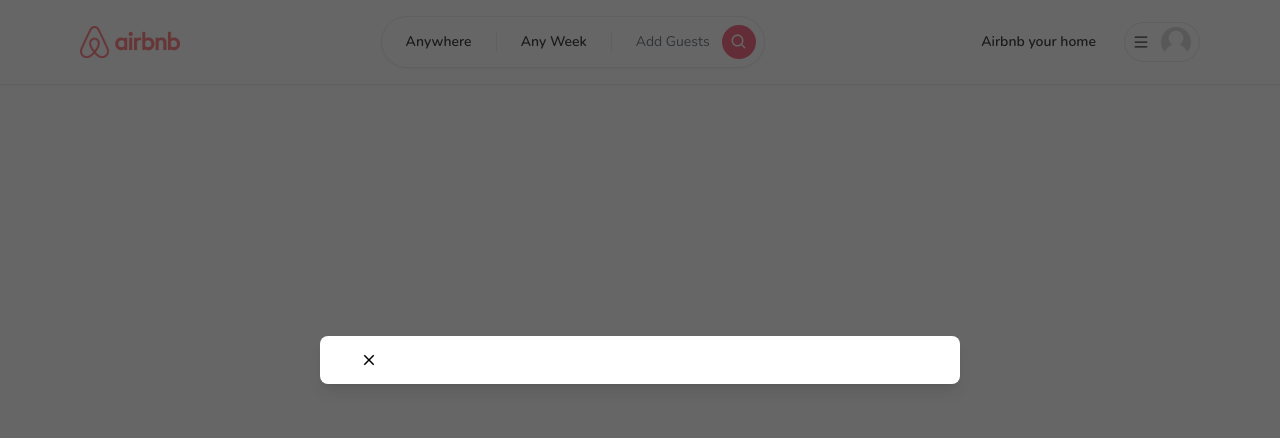
Repository: kriptovekediler/airbnb-clone
Page: /
These files come from the project's save history. The page is drawn as it stood at one moment and after the next save; the edit follows.
The browser window is 1280 px wide. The pictures show the whole page.
The project was rebuilt for these pictures with package versions that can differ from the ones it lists, and the page was loaded fresh each time. The framework's server and built-in components were replaced by stand-ins that run in the browser. Also part of the build but not shown: next.config.js, app/components/Navbar/MenuItem.tsx.

Above is the page before, as saved 2023-07-04 10:38:16.

### app/layout.tsx
import {Nunito} from 'next/font/google'
import './globals.css'
import Navbar from './components/Navbar/Navbar'
import ClientOnly from './components/ClientOnly'
import Modal from './components/modals/Modal'

export const metadata = {
  title: 'Airbnb',
  description: 'AirBnb Clone',
}

const font = Nunito({
  subsets: ['latin']
})

export default function RootLayout({
  children,
}: {
  children: React.ReactNode
}) {
  return (
    <html lang="en">
      <body className={font.className}>
        <ClientOnly>
          <Modal isOpen/>
        <Navbar/>z
        </ClientOnly>
        {children}
        </body>
    </html>
  )
}

### app/page.tsx
export default function Home() {
  return (
    <div className="text-rose-500 text-2xl">Hello AirBnB</div>
  )
}

### app/components/Navbar/Navbar.tsx
import React from 'react'
import Container from '../Container'
import Logo from './Logo'
import Search from './Search'
import UserMenu from './UserMenu'

const Navbar = () => {
  return (
    <div className='fixed w-full bg-white z-10 shadow-sm'>
        <div className='py-4 border-b-[1px]'>
            <Container>
                <div
                className='
                flex
                flex-row
                items-center
                justify-between
                gap-3
                md:gap-0
                '
                >
                    <Logo/>
                    <Search/>
                    <UserMenu/>
                </div>
            </Container>
        </div>
    </div>
  )
}

export default Navbar

### app/components/ClientOnly.tsx
'use client'

import React, { useEffect, useState } from 'react'

interface ClientOnlyProps {
    children: React.ReactNode
}
const ClientOnly: React.FC<ClientOnlyProps> = ({children}) => {

    const [hasMounted, setHasMounted] = useState(false)

    useEffect(() => {
        setHasMounted(true)
    }, [])

    if(!hasMounted) {
        return null
    }

  return (
    <>{children}</>
  )
}

export default ClientOnly

### app/components/modals/Modal.tsx
'use client'

import React, { useCallback, useEffect, useState } from 'react'
import {IoMdClose} from 'react-icons/io'

interface ModalInterfaceProps {
isOpen?: boolean;
disabled?:boolean;
onSubmit: () => void
onClose: () => void
actionLabel:string
secondaryAction?:() => void
title?:string
body?: React.ReactElement
footer?: React.ReactElement
secondaryLabel:string
}

const Modal: React.FC<ModalInterfaceProps> = ({title,isOpen,disabled,onSubmit,onClose,actionLabel,body, footer,secondaryLabel,secondaryAction}) => {

  const [showModal, setShowModal] = useState(isOpen);

  useEffect(() => {
    setShowModal(isOpen)
  }, [isOpen])

  const handleClose = useCallback(() => {
    if(disabled) {
    return
  }
    setShowModal(false)
    setTimeout(() =>{
      onClose()
    },300)
  }, [onClose, disabled])

  const handleSubmit = useCallback(() => {
    if(disabled){
    return}

    onSubmit()
  }, [onSubmit, disabled])

  const handleSecondaryAction = useCallback(() => {
    if(disabled || !secondaryAction) {
      return
    }
    secondaryAction()

  }, [disabled, secondaryAction])

  if(!isOpen) {
    return null
  }
  return (
    <div
    className='
    justify-center
    items-center
    flex
    overflow-x-hidden
    overflow-y-auto
    fixed
    inset-0
    z-50
    outline-none
    focus:outline-none
    bg-neutral-800/70
    '
    >
      <div
      className='
      relative
      w-full
      md:w-4/6
      lg:w-3/6
      xl:w-/5
      my-6
      mx-auto
      h-full
      lg:h-auto
      md:h-auto
      '
      >
        {/* CONTENT */}
        <div
        className={`
        translate
        duration-300
        h-full
        ${showModal? 'translate-y-0' : 'translate-y-full'}
        ${showModal? 'opacity-100' : 'opacity-0'}
        `}
        >
          <div
          className='
          translate
          h-full
          lg:h-auto
          md:h-auto
          border-0
          rounded-lg
          shadow-lg
          relative
          flex
          flex-col
          w-full
          bg-white
          outline-none
          focus:outline-none
          '
          >
            {/* Header */}
            <div
            className='flex
            items-center
            p-6
            rounded-t
            justify-center
            relative
            '
            >
              <button
              onClick={handleClose}
              className='p-1
              border-0
              hover:opacity-70
              transition
              absolute
              left-9
              '
              >
                <IoMdClose size={18}/>
              </button>
              <div
              className='text-lg font-semibold'
              >

              </div>
            </div>
          </div>
        </div>
      </div>
    </div>
  )
}

export default Modal

### app/components/Container.tsx
'use client'

interface ContainerProps {
    children: React.ReactNode;
}

const Container: React.FC<ContainerProps> = ({children}) => {
  return (
    <div
    className="max-w-[2520px] mx-auto xl:px-20 md:px-10 sm: px-2 px-4"
    >{children}</div>
  )
}

export default Container

### app/components/Navbar/Logo.tsx
'use client'

import Image from "next/image"
import {useRouter} from 'next/navigation'

const Logo = () => {
    const router = useRouter()

  return (
    <Image
    alt="Logo"
    className="hidden md:block cursor-pointer"
    height='100'
    width='100'
    src='/images/logo.png'
    />
  )
}

export default Logo

### app/components/Navbar/Search.tsx
'use client'

import {BiSearch} from 'react-icons/bi'

const Search = () => {
  return (
    <div
    className="
    border-[1px]
    w-full
    md:w-auto
    py-2
    rounded-full
    shadow-sm
    hover:shadow-md
    transition
    cursor-pointer
    "
    >
        <div
        className="
        flex
        flex-row
        items-center
        justify-between
        "
        >
            <div
            className="
            text-sm
            font-semibold
            px-6
            "
            >
                Anywhere
            </div>
            <div
            className="
            hidden
            sm:block
            text-sm
            font-semibold
            px-6
            border-x-[1px]
            flex-1
            text-center
            "
            >
              Any Week
            </div>
            <div
            className="
            text-sm
            pl-6
            pr-2
            text-gray-600
            flex
            flex-row
            items-center
            gap-3
            "
            >
              <div className='hidden sm:block'> Add Guests</div>
            <div
            className="
            p-2
            bg-rose-500
            rounded-full
            text-white
            "
            >
              <BiSearch size={18}/>
            </div>
            </div>
        </div>
    </div>
  )
}

export default Search

### app/components/Navbar/UserMenu.tsx
'use client'

import {AiOutlineMenu} from 'react-icons/ai'
import Avatar from '../Avatar'
import { useCallback, useState } from 'react'
import MenuItem from './MenuItem'

const UserMenu = () => {
  const [isOpen, setIsOpen] = useState(false);

  const toggleOpen = useCallback(() => {
    setIsOpen((value) => !value)
  },[])

  return (
    <div className="relative">
      <div className="flex flex-row items-center gap-3">
        <div
        onClick={() => {}}
        className="
        hidden
        md:block
        text-sm
        font-semibold
        py-3
        px-4
        rounded-full
        hover:bg-neutral-100
        transition
        cursor-pointer
        "
        >
          Airbnb your home
        </div>
        <div
        onClick={toggleOpen}
        className="
        p-4
        md:py-1
        md:px-2
        border-[1px]
        border-neutral-200
        flex
        flex-row
        items-center
        gap-3
        rounded-full
        cursor-pointer
        hover:shadow-md
        transition
        border
        "
        >
        <AiOutlineMenu/>
        <div className='hidden md:block'>
          <Avatar/>
        </div>
        </div>
      </div>
      {isOpen && (
        <div
        className='
        absolute
        rounded-xl
        shadow-md
        w-[40vw]
        md:w-3/4
        bg-white
        overflow-hidden
        right-0
        top-12
        text-sm
        '
        >
          <div
          className='
          flex
          flex-col
          cursor-pointer
          '
          >
            <>
            <MenuItem
            onClick={() => {}}
            label='Login'
            />
            <MenuItem
            onClick={() => {}}
            label='Sign Up'
            />
            </>
          </div>
        </div>
      )}
    </div>
  )
}

export default UserMenu

### app/components/Avatar.tsx
import Image from 'next/image'
import React from 'react'

const Avatar = () => {
  return (
    <Image
    className='rounded-full'
    height='30'
    width='30'
    alt='Avatar'
    src='/images/placeholder.jpg'
    />
)
}

export default Avatar

Loaded but not shown: app/globals.css (common file); tailwind.config.js (common file)

After the next save:
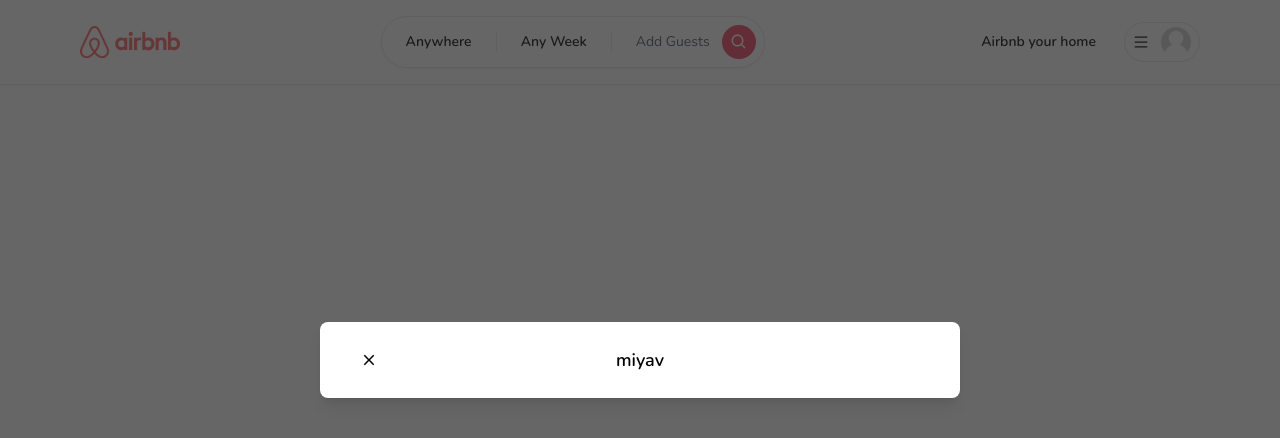
Saved 10 s later.
--- a/app/components/modals/Modal.tsx
+++ b/app/components/modals/Modal.tsx
@@ -135,7 +135,7 @@
               <div
               className='text-lg font-semibold'
               >
-
+                miyav
               </div>
             </div>
           </div>

After the save that followed:
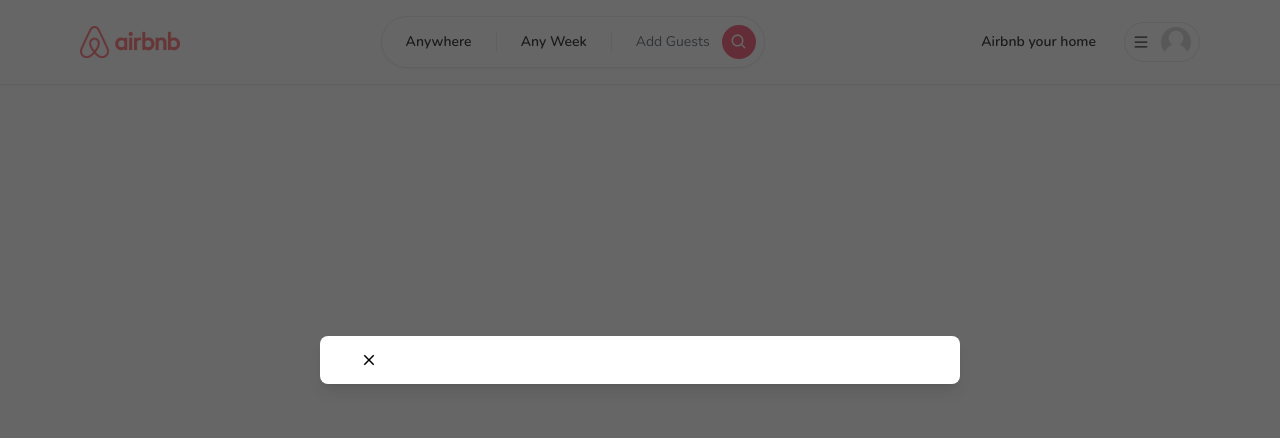
Saved 20 s later.
--- a/app/components/modals/Modal.tsx
+++ b/app/components/modals/Modal.tsx
@@ -135,7 +135,7 @@
               <div
               className='text-lg font-semibold'
               >
-                miyav
+                {title}
               </div>
             </div>
           </div>
